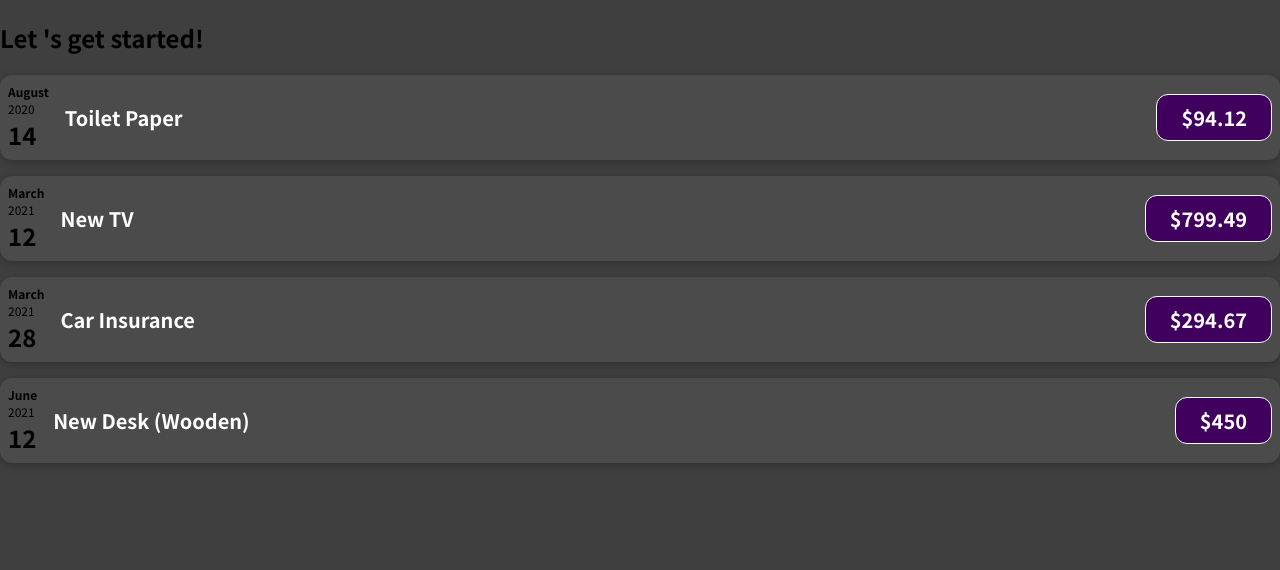
Repository: prathmeshgodbole/react-complete
Page: /
The author's editor kept a copy of each file at every save. The page is drawn from the files as they stood at one save, then again after a run of saves.
The browser window is 1280 px wide. The pictures show the whole page.
The project was rebuilt for these pictures with package versions that can differ from the ones it lists, and the page was loaded fresh each time.

Above is the page before, as saved 2021-07-01 20:37:22.

### src/App.js
import ExpenseItem from "./components/ExpenseItem";
function App() {
  const expenses = [
    {
      id: "e1",
      title: "Toilet Paper",
      amount: 94.12,
      date: new Date(2020, 7, 14),
    },
    { id: "e2", title: "New TV", amount: 799.49, date: new Date(2021, 2, 12) },
    {
      id: "e3",
      title: "Car Insurance",
      amount: 294.67,
      date: new Date(2021, 2, 28),
    },
    {
      id: "e4",
      title: "New Desk (Wooden)",
      amount: 450,
      date: new Date(2021, 5, 12),
    },
  ];
  return (
    <div>
      <h2> Let 's get started!</h2>
      <ExpenseItem
        title={expenses[0].title}
        amount={expenses[0].amount}
        date={expenses[0].date}
      ></ExpenseItem>
      <ExpenseItem
        title={expenses[1].title}
        amount={expenses[1].amount}
        date={expenses[1].date}
      ></ExpenseItem>
      <ExpenseItem
        title={expenses[2].title}
        amount={expenses[2].amount}
        date={expenses[2].date}
      ></ExpenseItem>
      <ExpenseItem
        title={expenses[3].title}
        amount={expenses[3].amount}
        date={expenses[3].date}
      ></ExpenseItem>
    </div>
  );
}

export default App;

### src/components/ExpenseItem.js

import ExpenseDate from "./ExpenseDate";
import "./ExpenseItem.css";

function ExpenseItem(props) {

  return (
    <div className="expense-item">
    <ExpenseDate date={props.date}/>
      <div className="expense-item__description">
        <h2>{props.title}</h2>
        <div className="expense-item__price">${props.amount}</div>
      </div>
    </div>
  );
}
export default ExpenseItem;

### src/components/ExpenseDate.js
import './ExpenseDate.css'
function ExpenseDate(props) {
  const month = props.date.toLocaleString("en-US", { month: "long" });
  const year = props.date.getFullYear();
  const day = props.date.toLocaleString("en-US", { day: "2-digit" });

  return (
    <div>
      <div className="expense-date__month">{month}</div>
      <div className="expense-date__year">{year}</div>
      <div className="expense-date__day">{day}</div>
    </div>
  );
}

export default ExpenseDate;

### src/components/ExpenseItem.css
.expense-item {
    display: flex;
    justify-content: space-between;
    align-items: center;
    box-shadow: 0 2px 8px rgba(0, 0, 0, 0.25);
    padding: 0.5rem;
    margin: 1rem 0;
    border-radius: 12px;
    background-color: #4b4b4b;
}

.expense-item__description {
    display: flex;
    flex-direction: column;
    gap: 1rem;
    align-items: flex-end;
    flex-flow: column-reverse;
    justify-content: flex-start;
    flex: 1;
}

.expense-item h2 {
    color: #3a3a3a;
    font-size: 1rem;
    flex: 1;
    margin: 0 1rem;
    color: white;
}

.expense-item__price {
    font-size: 1rem;
    font-weight: bold;
    color: white;
    background-color: #40005d;
    border: 1px solid white;
    padding: 0.5rem;
    border-radius: 12px;
}

@media (min-width: 580px) {
    .expense-item__description {
        flex-direction: row;
        align-items: center;
        justify-content: flex-start;
        flex: 1;
    }
    .expense-item__description h2 {
        font-size: 1.25rem;
    }
    .expense-item__price {
        font-size: 1.25rem;
        padding: 0.5rem 1.5rem;
    }
}

Loaded but not shown: public/index.html (common file); src/index.js (common file); src/index.css (common file); src/components/ExpenseDate.css (common file)

After the next 3 saves:
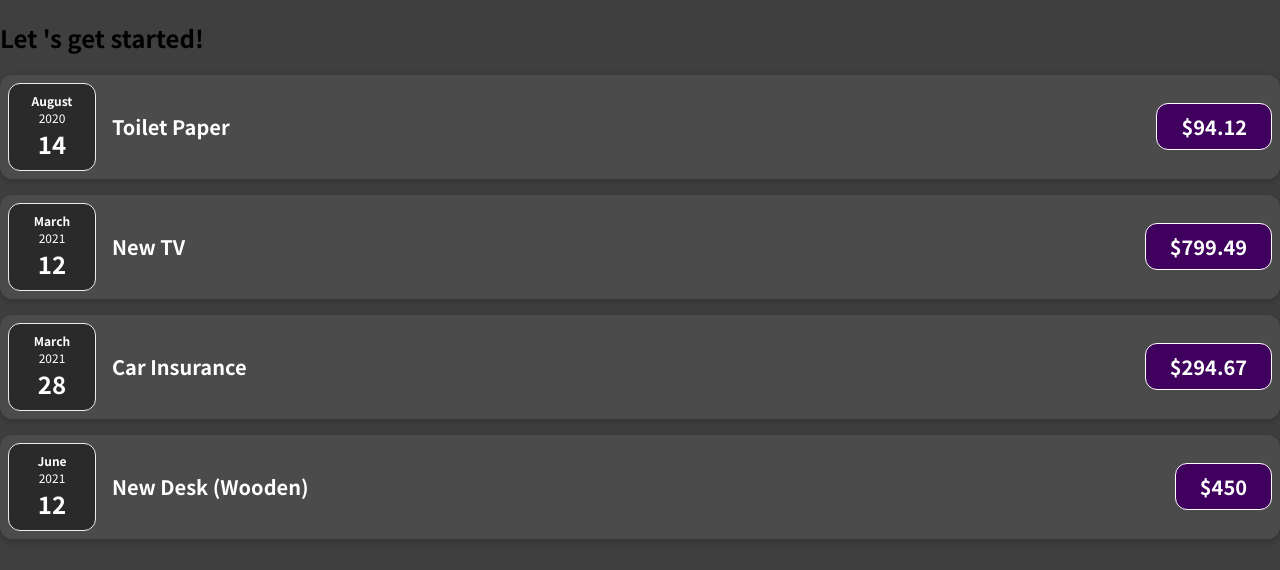
The 3 saves are shown as one change because they came seconds apart.
The last was saved 58 s later.
--- a/src/components/ExpenseDate.js
+++ b/src/components/ExpenseDate.js
@@ -5,7 +5,7 @@ function ExpenseDate(props) {
   const day = props.date.toLocaleString("en-US", { day: "2-digit" });
 
   return (
-    <div>
+    <div className="expense-date">
       <div className="expense-date__month">{month}</div>
       <div className="expense-date__year">{year}</div>
       <div className="expense-date__day">{day}</div>
